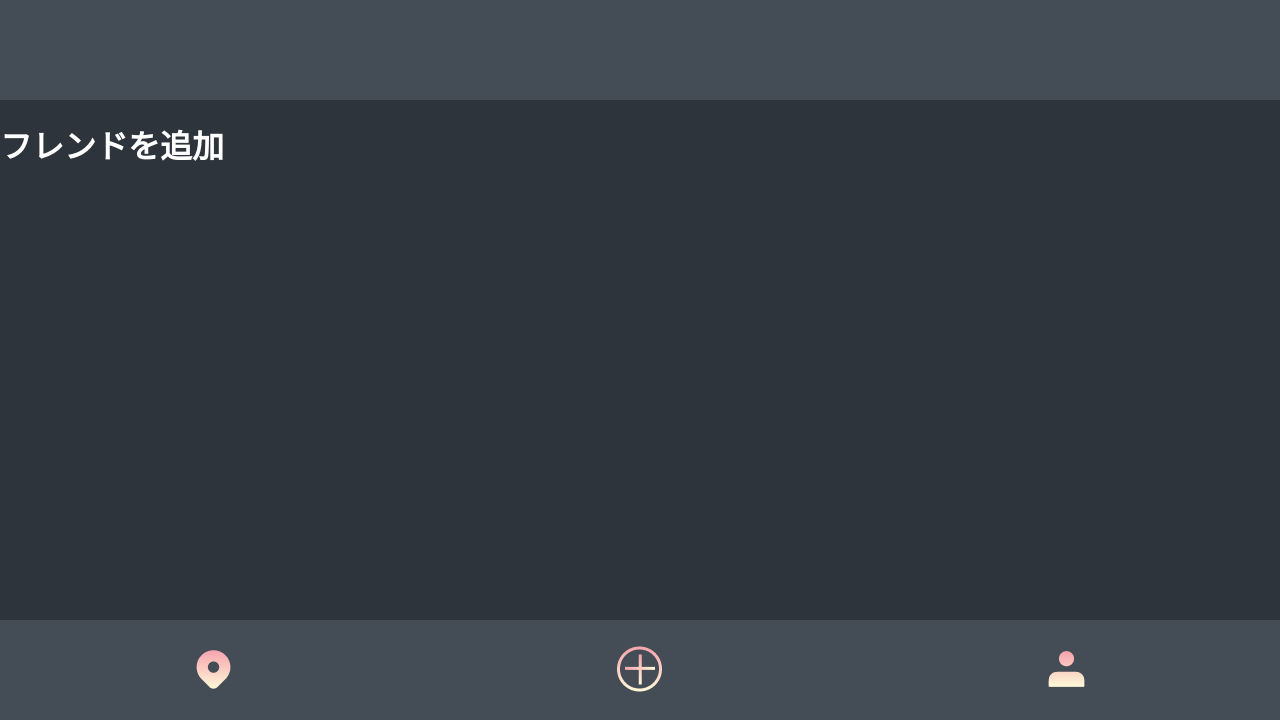
Repository: ren0714poo/respos
Page: addition.html
An editor plug-in stored every save of this project. The page is shown before and after the next save, followed by the edit.
The browser window is 1280 px wide. The pictures show the whole page.

Above is the page before, as saved 2025-07-17 14:26:57.

### addition.html
<!DOCTYPE html>
<html lang="ja">
<head>
  <meta charset="UTF-8">
  <meta name="viewport" content="width=device-width, initial-scale=1.0">
  <title>respos_addition</title>
  <link rel="stylesheet" href="css/addition.css">
</head>
<body>
  <header>
  </header>

  <main>
    <div class="addition">
      <h1>フレンドを追加</h1>
    </div>
  </main>

  <footer>
    <button type="button" id="pin" onclick="location.href='top.html'"><img src="img/tabler_map-pin-filled.png" alt="ピン"></button>
    <button type="button"><img src="img/post.png" alt="投稿"></button>
    <button type="button" id="profile" onclick="location.href='profile.html'"><img src="img/icon-park-solid_people.png" alt="プロフィール"></button>
  </footer>

</body>
</html>

### css/addition.css
@media screen and (max-width:480px){


}

html, body {
  color: white;
  background: #2D343C;
  height: 100%;
  margin: 0;
  padding: 0;
  display: grid;
  grid-template-rows: 100px calc(100vh - 200px) 100px;
  grid-template-areas:
  "header"
  "main"
  "footer"
  ;
}



header{
  width: 100%;
  height: 100px;
  background: #444C55;
  display: flex;
  grid-area: header;
}




main{
  grid-area: main;
}

.addition{
  font-size: 16px;
}









footer {
  background: #444C55;
  display: flex;
  justify-content: space-around;
  align-items: center;
}

footer button {
  background: transparent;
  border: none;
}

After the next save:
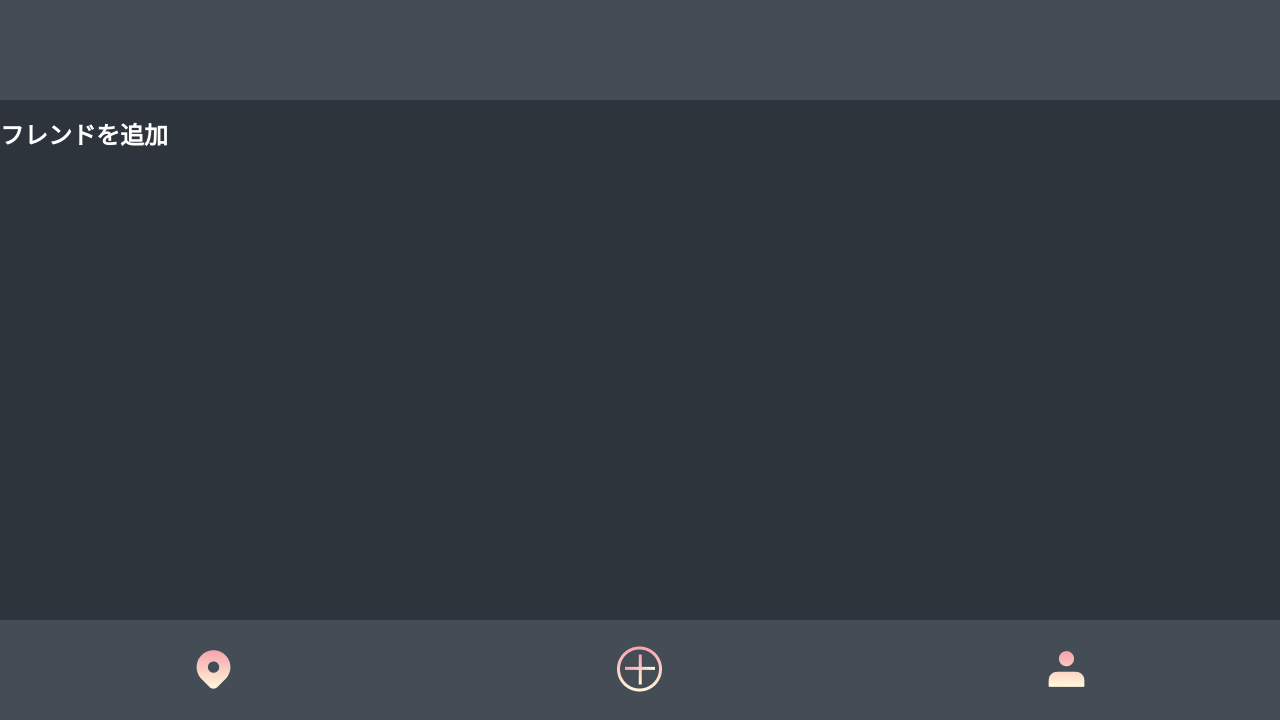
Saved 22 s later.
--- a/css/addition.css
+++ b/css/addition.css
@@ -36,7 +36,7 @@
 }
 
 .addition{
-  font-size: 16px;
+  font-size: 12px;
 }
 
 

After the save that followed:
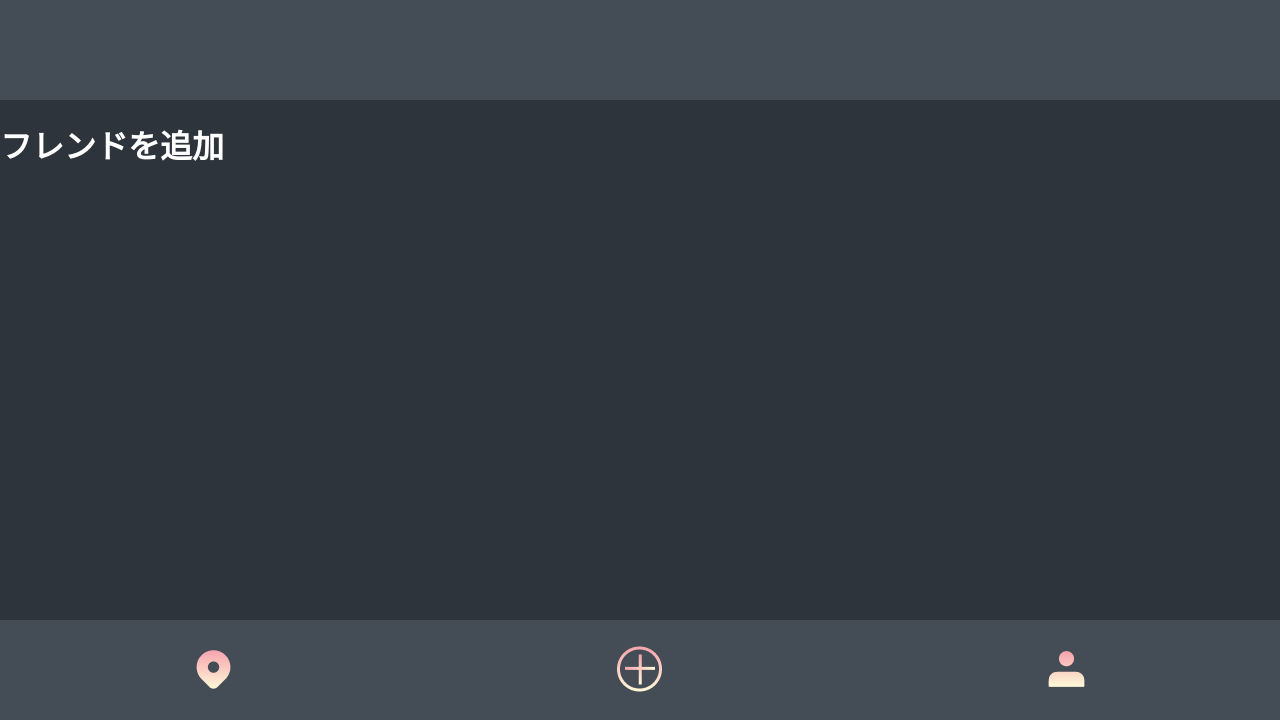
Saved 33 s later.
--- a/css/addition.css
+++ b/css/addition.css
@@ -36,7 +36,7 @@
 }
 
 .addition{
-  font-size: 12px;
+  font-size: 16px;
 }
 
 
